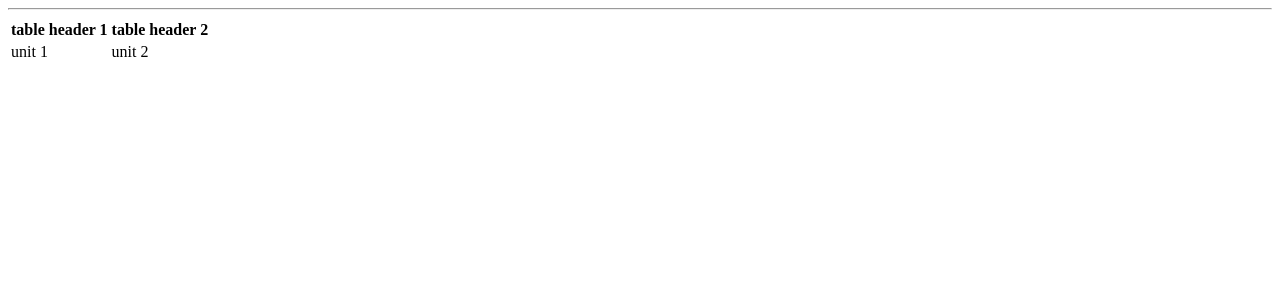
Repository: libelosophy/anjoyo
Page: workspace/QTalk/WebContent/html/table.html
These files come from the project's save history. The page is drawn as it stood at one moment and after the next save; the edit follows.
The browser window is 1280 px wide. The pictures show the whole page.

Above is the page before, as saved 2013-09-09 11:13:56.

### workspace/QTalk/WebContent/html/table.html
<html>
<head>
<title>HTML Layout</title>
<meta name="author" content="jh">

</head>
<hr />
<body>



<table name="table test">
<tr>
	<th>table header 1</th>
	<th>table header 2</th>
</tr>
<tr>
	<td>unit 1</td>
	<td>unit 2</td>
</tr>
</table>


</body>
</html>

After the next save:
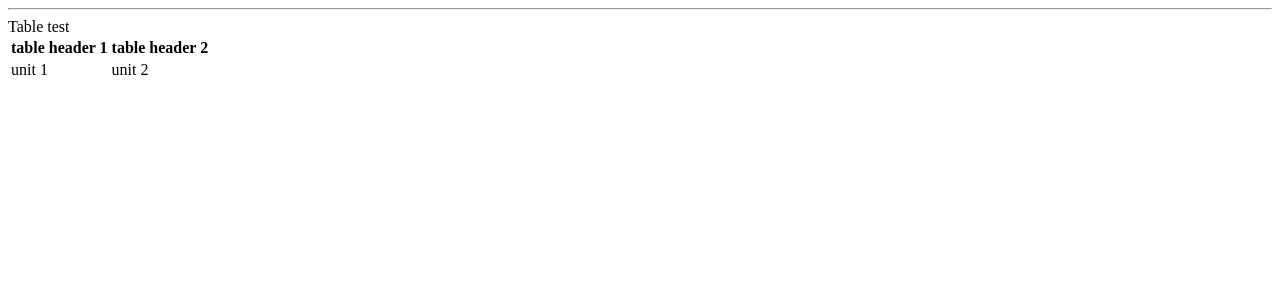
Saved 20 s later.
--- a/workspace/QTalk/WebContent/html/table.html
+++ b/workspace/QTalk/WebContent/html/table.html
@@ -9,16 +9,16 @@
 
 
 
-<table name="table test">
-<tr>
-	<th>table header 1</th>
-	<th>table header 2</th>
-</tr>
-<tr>
-	<td>unit 1</td>
-	<td>unit 2</td>
-</tr>
-</table>
+	<table > Table test
+		<tr>
+			<th>table header 1</th>
+			<th>table header 2</th>
+		</tr>
+		<tr>
+			<td>unit 1</td>
+			<td>unit 2</td>
+		</tr>
+	</table>
 
 
 </body>
